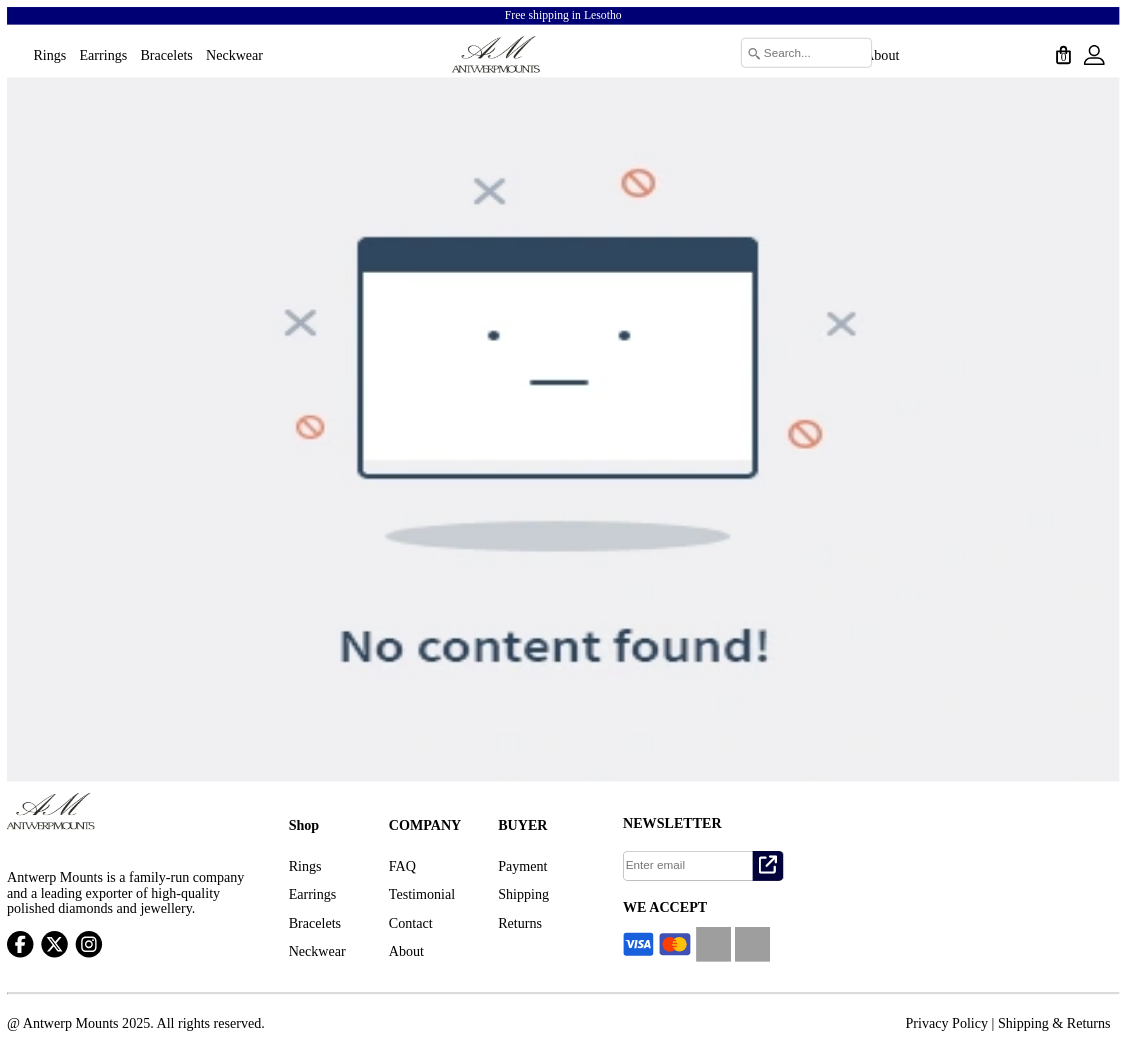
Repository: kea-0424/Web-Development-Project-1
Page: First_collaboration/JewelarySite.html
An editor plug-in stored every save of this project. The page is shown before and after a run of saves, followed by the edit.
The browser window is 1280 px wide. The pictures show the whole page, at 88% of full size.
Pictures or frames that could not be fetched are drawn as grey boxes.

Above is the page before, as saved 2025-01-23 14:28:38.

### First_collaboration/JewelarySite.html
<!DOCTYPE html>
<html lang="en">
<head>
    <meta charset="UTF-8">
    <meta name="viewport" content="width=device-width, initial-scale=1.0">
    <title>Document</title>
    <link rel="stylesheet" href="./JewelarySite.css">
</head>
<body>
    <header>
        <div class="notification">
            <span>Free shipping in Lesotho</span>
        </div>
        <nav>
                <ul class="navigations"  id="right_nav">
                    <li class="navbar_links"><a href="#">Rings</a></li>
                    <li class="navbar_links"><a href="#">Earrings</a></li>
                    <li class="navbar_links"><a href="#">Bracelets</a></li>
                    <li class="navbar_links"><a href="#">Neckwear</a></li>
                </ul>

            <div class="logo_container">
<img src="Main_Logo-removebg-preview.png" alt="Logo" class="main_logo" id="Nav_logo">
            </div>
                <ul class="navigations" id="left_nav">
                    <li class="navbar_links"><a href="#">FAQ</a></li>
                    <li class="navbar_links"><a href="#">Help</a></li>
                    <li class="navbar_links"><a href="#">About</a></li>
                </ul>
                <form action="#">
                    <div class="searchbar_container">
                        <img src="./bx-search-alt-2.svg" alt="icon" class="searchbar_icon">
                        <input class='searchbar' type="text" placeholder="Search...">
                    </div>
                </form>
                <div class="nav_icons">
                    <p id="item_No">0</p>
                    <img src="./cart.svg" alt="Logo" class="icon">
                    <img src="./profile.svg" alt="Logo" class="icon">
                </div>
        </nav>
    </header>
    <main>
        <img src="./NoContent.webp" alt="No_Content" class="No_Content">
    </main>
    <footer>
        <div class="about_us">
            <div class="logo_container">
                <img src="Main_Logo-removebg-preview.png" alt="Logo" class="main_logo">
                            </div>
                            <div class="bio">
                                <p>Antwerp Mounts is a family-run company<br>
                                    and a leading exporter of high-quality<br>
                                   polished diamonds and jewellery.</p>
                            </div>
                                <div class="social_media">
                                    <div class="socials1" >
                                        <a href="#"><img src="./facebook-f-brands-solid.svg" alt="Facebook" id="facebook_link"></a>
                                    </div>
                                    <div class="socials2">
                                        <a href="#"><img src="./x-twitter-brands-solid.svg" alt="Twitter" id="X_link"></a>
                                    </div>
                                    <div class="socials2">
                                        <a href="#"><img src="./instagram-brands-solid.svg" alt="Instagram" id="instagram_link"></a>
                                    </div>
                                    </div>
        </div>
        <div class="navigation">
            <div class="list1">
                <h4>Shop</h4>
                <ul class="footer_lists">
                    <li><a href="#">Rings</a></li>
                    <li><a href="#">Earrings</a></li>
                    <li><a href="#">Bracelets</a></li>
                    <li><a href="#">Neckwear</a></li>
                </ul>
            </div>
            <div class="list2">
               <h4>COMPANY</h4>
               <ul class="footer_lists">
                <li><a href="#">FAQ</a></li>
                <li><a href="#">Testimonial</a></li>
                <li><a href="#">Contact</a></li>
                <li><a href="#">About</a></li>
               </ul>
            </div>
            <div class="list3">
                <h4>BUYER</h4>
                <ul class="footer_lists">
                    <li><a href="#">Payment</a></li>
                    <li><a href="#">Shipping</a></li>
                    <li><a href="#">Returns</a></li>
                </ul>
            </div>
        </div>
        <div class="Subscription">
            <h4>NEWSLETTER</h4>
            <form action="#">
                <div class="input_container">
                    <input type="text" placeholder="Enter email" class="newsletter_input">
                    <button type="submit" class="submit_btn"><img src="./arrow-up-right-from-square-solid.svg" alt="arrow"></button>
                </div>
            </form>
            <h4>WE ACCEPT</h4>
            <div class="payment_methods">
                <div class="payment_method">
                    <img src="./cc-visa-brands-solid.svg" alt="visa" id="visa">
                </div>
                <div class="payment_method">
                    <img src="mastercard.svg" alt="mastercard" id="mastercard">
                </div>
                <div class="payment_method">
                    <img src="./paypal.svg" alt="paypal" id="paypal">
        </div>
        <div class="payment_method">
            <img src="./skrill.svg" alt="skrill" id="skrill">
        </div>
            </div>
        </div>
        <hr>
        <div class="copyright">
            <p class="left_details">@ Antwerp Mounts 2025. All rights reserved.</p>
            <p class="right_details">Privacy Policy | Shipping & Returns</p>
        </div>
    </footer>
    <script>
    let cartElements = 1;
     const cart = document.getElementById("item_No");

    </script>
</body>
</html>

### First_collaboration/JewelarySite.css

body {
    box-sizing: border-box;
}
.notification {
    background-color: rgb(0 0 117);
    color: rgb(255 255 255);
    display: flex;
    align-items: center;
    justify-content: center;
    font-size: smaller;
    width: inherit;
    height: 20px;
}
nav {
    display: flex;
    justify-content: space-between;
    /*padding: 10px;*/
}
.main_logo {
    height: 80px;
    width: 100px;
    margin-top: 0;

}
#Nav_logo {
    margin: 0 auto;
    position: absolute;
    left: 40%;
}
.navigations,.navbar_links {
    list-style-type: none;
    display: flex;
    justify-content: space-between;
list-style: none;
text-decoration: none;
color: inherit;
margin-right: 15px;
padding: 0;
}
nav {
    position:relative;
    width: 100%;
    height: 60px
}

a {
    text-decoration: none;
color: inherit;
}
a:hover {
    /*font-size: larger;*/
    transition: font-size 0.2s ease-in-out;
    position: relative;
    /*background-color: blue;*/
    color: rgba(0 0 255 / 0.26);
    border-radius: 3px;
}
main,.No_Content {
    width: 100%;
    height: 800px;
}
.searchbar {
    width: 120px;
    height: 30px;
    border-radius: 5px;
    border: 1px solid #ccc;
    margin-top: 18px;
    padding-left: 25px;
    position: absolute;
    bottom: 1px;
}
.searchbar_container{
/*border: 1px solid red;*/
    width: 120px;
    height: 30px;
    position: relative;
    left:300px;
    top: 20px;
}
.searchbar_icon{
    position: absolute;
    z-index: 1;
    margin-left: 7px;
    opacity: 0.5;
    height: 17px;
    width: 17px;
    top: 5px;
}
.navbar_links {
    margin-top: 10px;
}
.icon {
    width: 25px;
    height: 25px;
    margin-top: 22px;
    margin-right: 6px;
}
#item_No{
    position: absolute;
    font-size: small;
    top: 16px;
    right: 60px;
}
#left_nav{
    position: absolute;
    right: 220px;
}
#right_nav {
    position: absolute;
    left: 30px;
}
.nav_icons {
    margin-right: 10px;
}
.socials1, .socials2, .socials3 {
   /*border: 1px solid red;*/
    display: inline-block;
    height: 30px;
    width: 30px;
    background-color: black;
    border-radius: 50%;
    margin-right: 5px;
    padding: 5px;
    box-sizing: border-box;
}
.bio {
    /*border: 1px solid red;*/
    display: inline-block;
}
#facebook_link{
    height: 20px;
    width: 20px;
}
#instagram_link {
    height: 20px;
    width: 20px;
}
#X_link {
    height: 20px;
    width: 20px;
    display: inline-block;
}
/*.list1,.list2,.list3*/.navigation{
    /*border: 1px solid red;*/
    display: inline-block;
    position: absolute;
    left: 320px;
    top: 20px;
box-sizing: border-box;
}
footer {
    /*border: 1px solid red;*/
    position: relative;
}
.list1,.list2,.list3 {
    /*border: 1px solid red;*/
    display: inline-block;
    box-sizing: border-box;
    margin-right: 5px;
}
.list3 {
    position: relative;
    bottom: 32px;
}
.footer_lists {
    position: relative;
    right: 40px;
    list-style: none;
    line-height: 2em;
}
.input_container{
    /*border: 1px solid red;*/
    display: inline;
    height: 33px;
    position: relative;
    border-radius: 5px;
    z-index: 1
}
.newsletter_input {
    height: 30px;
    overflow: hidden;
    border-radius: 5px;
    border: 1px solid rgba(0 0 0 / 0.25);
    /*z-index: 1;*/
}
.submit_btn {
    background-color: rgb(2 2 59);
    border: 1px solid transparent;
    height: 34px;
    width: 35px;
    position: absolute;
right: 1px;
    border-radius:0px 5px 5px 0px;
}
#visa, #mastercard, #paypal, #skrill {
    height: 40px;
    width: 40px;
}
#visa {
    height: 30px;
    width: 35px;
    position: relative;
    bottom: 5px;
}
#visa:hover, #mastercard:hover, #paypal:hover, #skrill:hover {
    height: 50px;
    width: 50px;
}
.payment_method {
    /*border: 1px solid red;*/
    display: inline-block;
    position: relative;
    bottom: 8px;
}
.Subscription {
/*border: 1px solid red;*/
display: inline;
position: absolute;
left: 700px;
top:18px;
}
hr {
    margin-top: 40px;
}
.copyright {
   /* border: 1px solid red;*/
    position: relative;
}
.left_details {
    /*border: 1px solid red;*/
    display: inline-block;
}
.right_details {
    /*border: 1px solid red;*/
    display: inline;
    position: absolute;
    right: 10px;
}

After the next 3 saves:
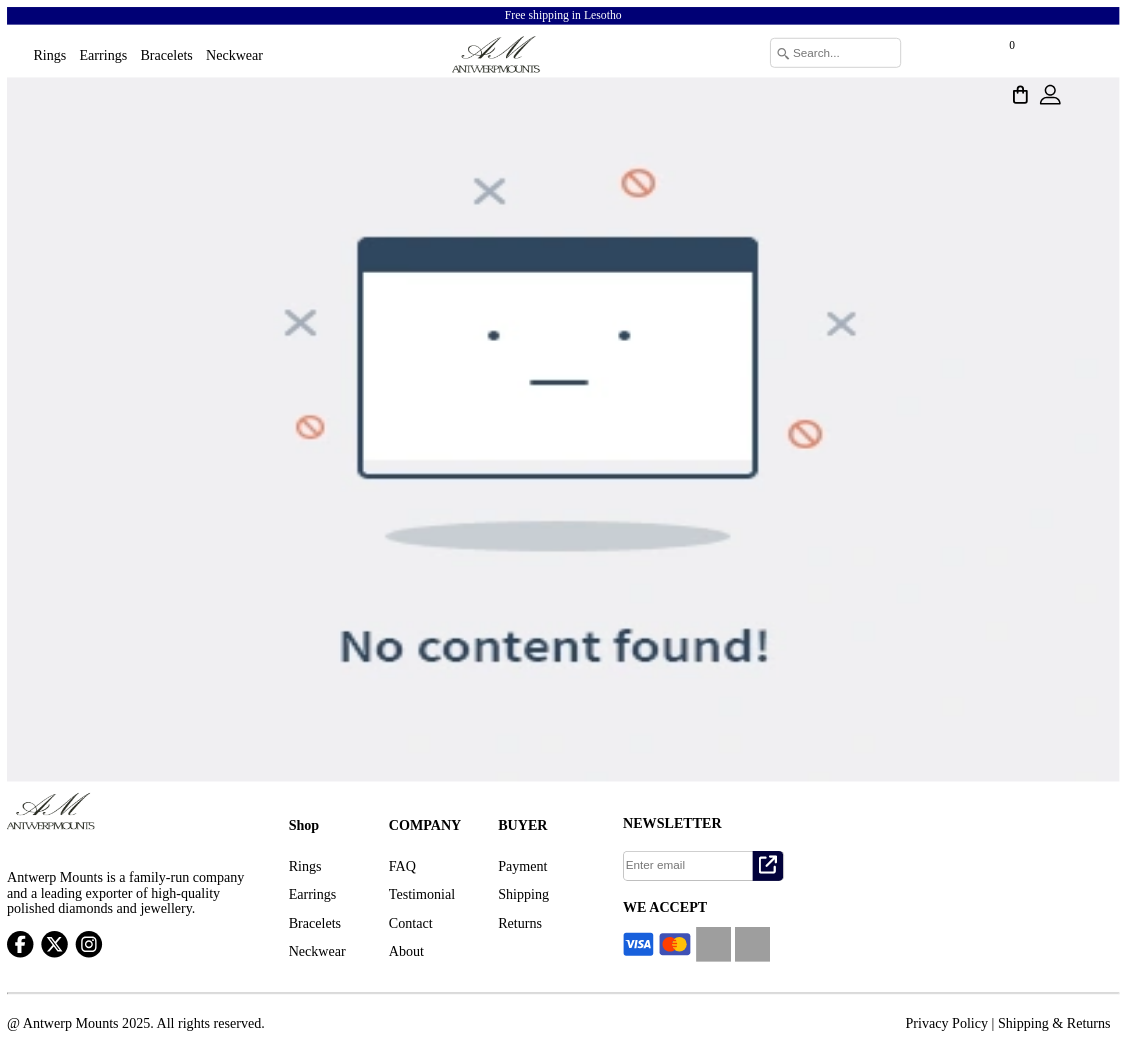
The 3 saves are shown as one change because they came seconds apart.
The last was saved 118 s later.
--- a/First_collaboration/JewelarySite.html
+++ b/First_collaboration/JewelarySite.html
@@ -34,7 +34,7 @@
                     </div>
                 </form>
                 <div class="nav_icons">
-                    <p id="item_No">0</p>
+                    <div id="item_No">0</p>
                     <img src="./cart.svg" alt="Logo" class="icon">
                     <img src="./profile.svg" alt="Logo" class="icon">
                 </div>

After the save that followed:
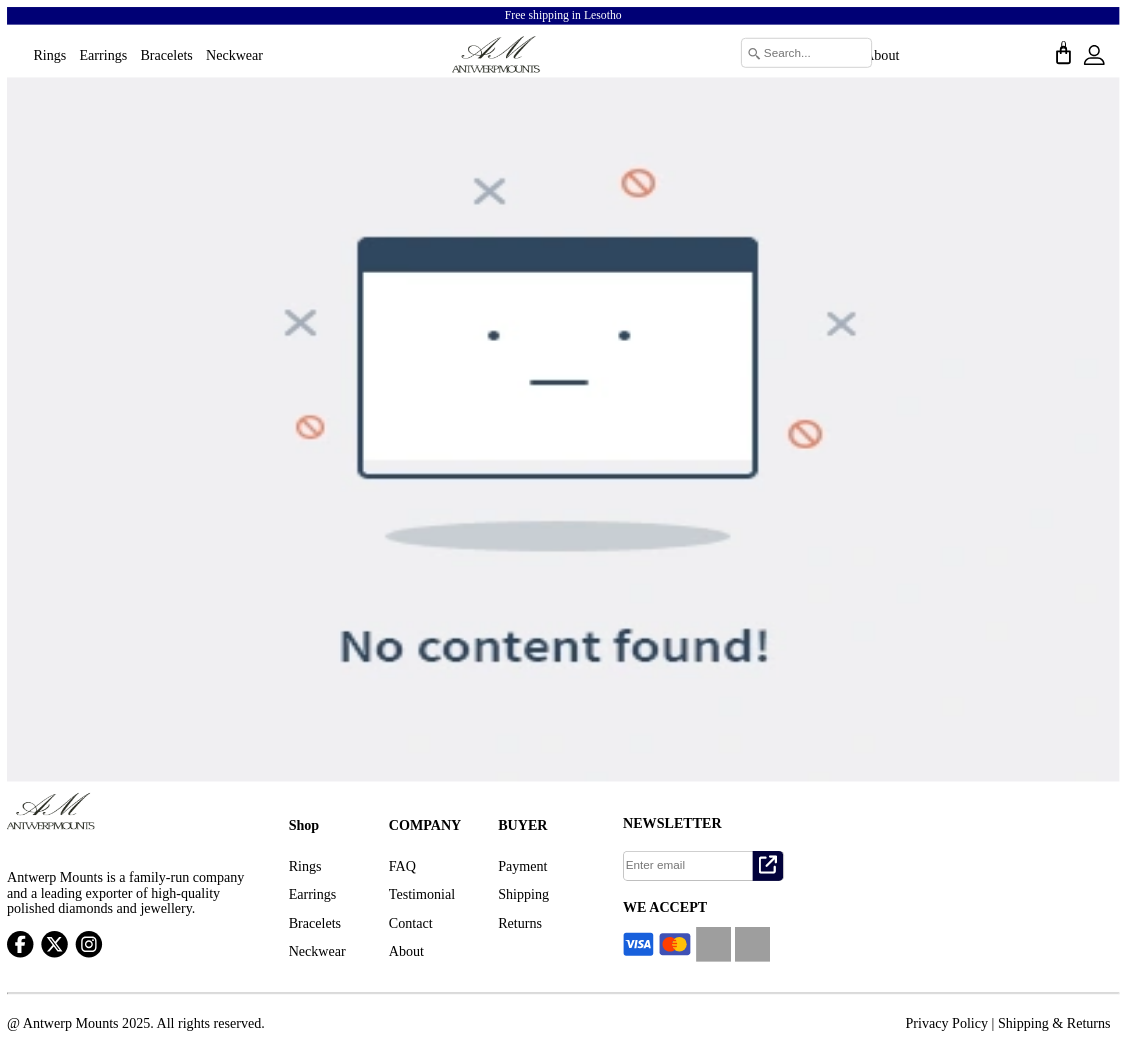
Saved 5 s later.
--- a/First_collaboration/JewelarySite.html
+++ b/First_collaboration/JewelarySite.html
@@ -34,7 +34,7 @@
                     </div>
                 </form>
                 <div class="nav_icons">
-                    <div id="item_No">0</p>
+                    <div id="item_No">0</div>
                     <img src="./cart.svg" alt="Logo" class="icon">
                     <img src="./profile.svg" alt="Logo" class="icon">
                 </div>
